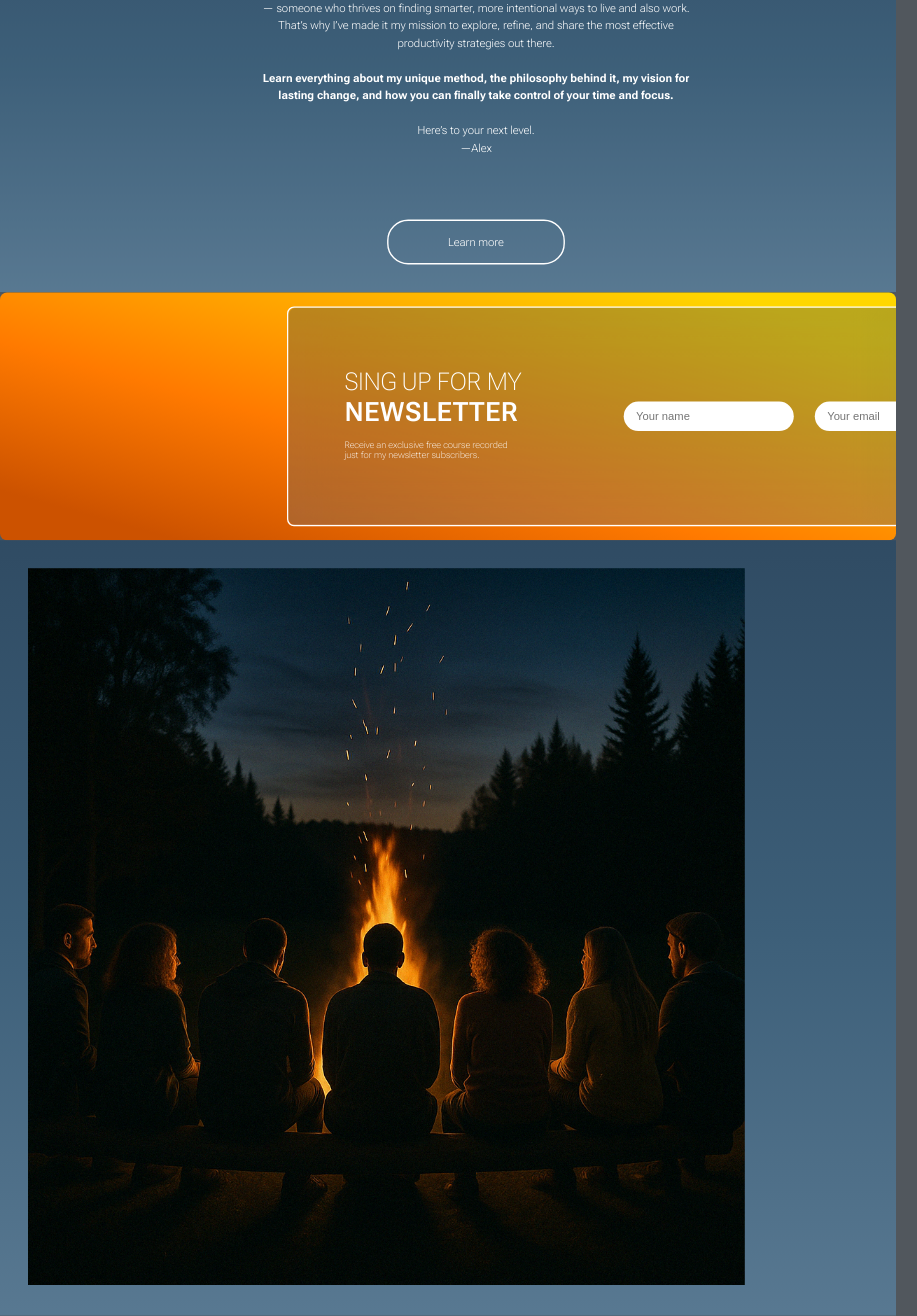
Repository: Parnicoza/testecomplete
Page: Productivity.copie.html
The author's editor kept a copy of each file at every save. The page is drawn from the files as they stood at one save, then again after the next save.
The browser window is 1280 px wide. The page is 1310 px wide, so the pictures cover 1310 px, including what lies to the right of the window. The pictures show the part of the page from y = 964 to 2844 px (the page is 2844 px tall before and 2320 px after), at 70% of full size.

Above is the page before, as saved 2025-05-30 14:06:58.

After the next save:
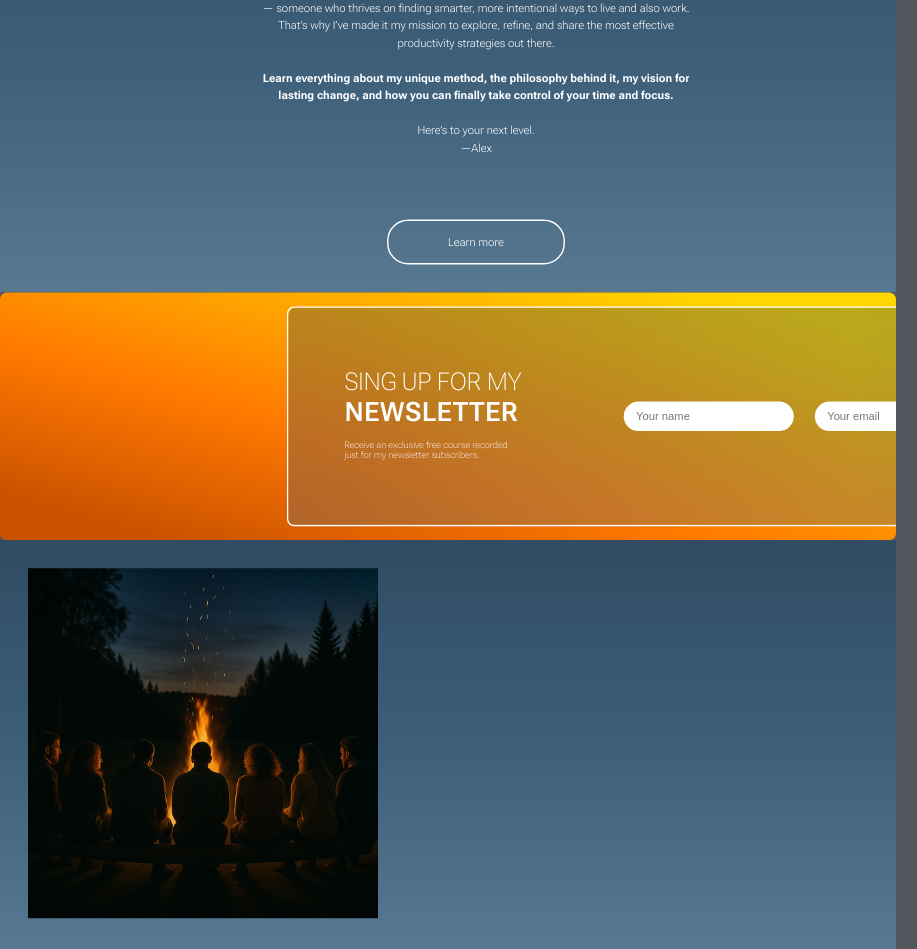
Saved 58 s later.
--- a/Productivity.copie.html
+++ b/Productivity.copie.html
@@ -82,7 +82,7 @@
 
     <div class="COURSES">
         <div class="imaginidesprecurs">
-            <img src="imaginitestecomplete/campfire.png" alt="Campfire Image">
+            <img src="imaginitestecomplete/campfire.png" alt="Campfire Image" width="500px">
         </div>
 
     </div>
